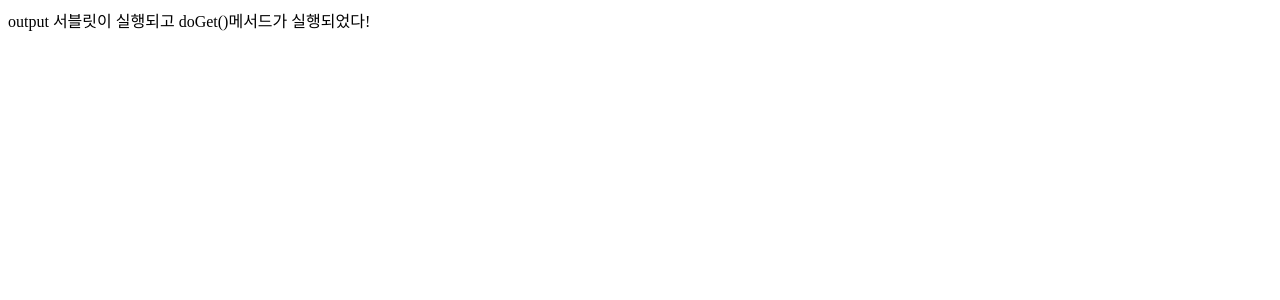
Repository: Kimsj112/servlet_study
Page: http://localhost/day01/output
The author's editor kept a copy of each file at every save. The page is drawn from the files as they stood at one save, then again after the next save.
The browser window is 1280 px wide. The pictures show the whole page.
The page is served by Tomcat 9.

Above is the page before, as saved 2024-03-26 02:37:28.

After the next save:
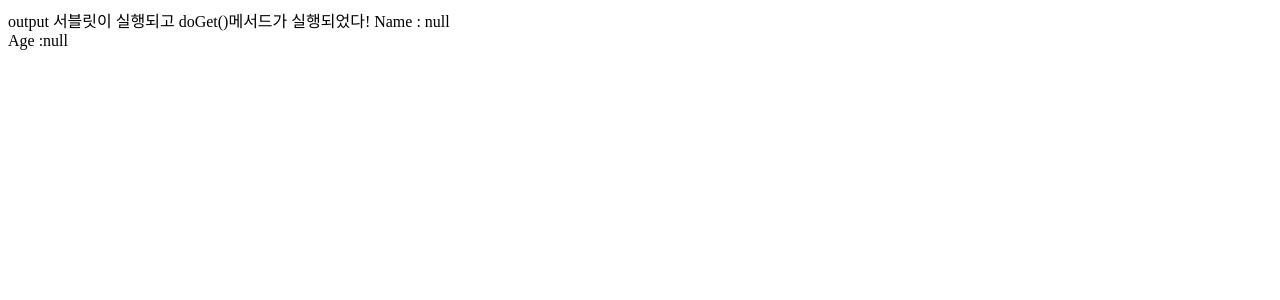
Saved 5 min 8 s later.
--- a/workspace/day01/src/main/java/com/koreait/app/OutputServlet.java
+++ b/workspace/day01/src/main/java/com/koreait/app/OutputServlet.java
@@ -1,6 +1,8 @@
 package com.koreait.app;
 
 import java.io.IOException;
+import java.io.PrintWriter;
+
 import javax.servlet.ServletException;
 import javax.servlet.annotation.WebServlet;
 import javax.servlet.http.HttpServlet;
@@ -34,6 +36,18 @@ public class OutputServlet extends HttpServlet {
 
 		String userAge = request.getParameter("userAge");
 		System.out.println(userAge);
+
+		PrintWriter out = response.getWriter();
+		out.println("<html>");
+		out.println("<head>");
+		out.println("</head>");
+		out.println("<body>");
+
+		out.println("Name : "+userName+ "<br>");
+		out.println("Age :"+userAge+" <br>");
+
+		out.println("</body>");
+		out.println("</html>");
 	}
 
 	/**
